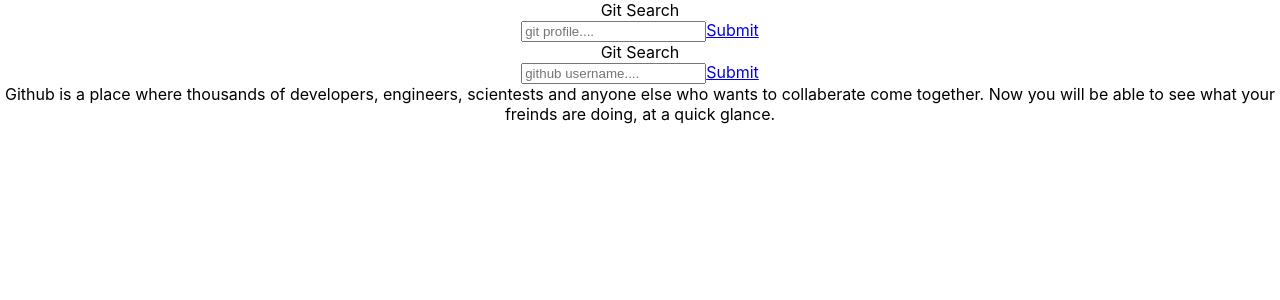
Repository: carlsopa/gitsearch
Page: / (app in gitsearch/)
The author's editor kept a copy of each file at every save. The page is drawn from the files as they stood at one save, then again after the next save.
The browser window is 1280 px wide. The pictures show the whole page.
The project was rebuilt for these pictures with package versions that can differ from the ones it lists, and the page was loaded fresh each time. Also part of the build but not shown: gitsearch/src/components/profile.js, gitsearch/src/components/repos.js.

Above is the page before, as saved 2020-06-22 21:16:17.

After the next save:
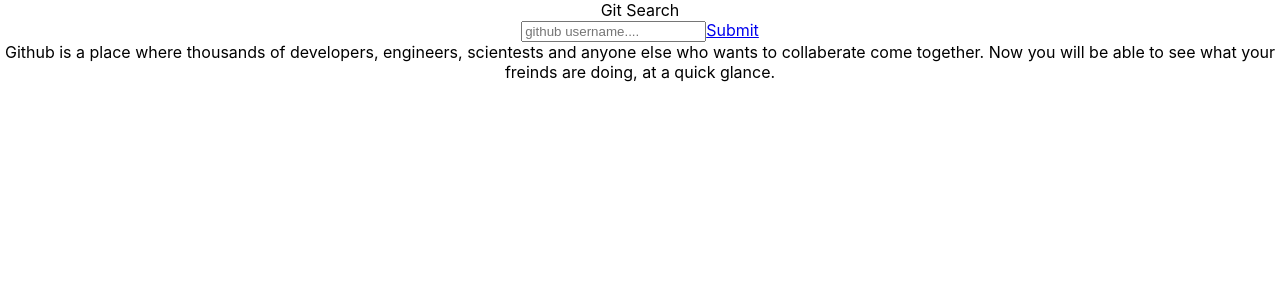
Saved 2 min 9 s later.
--- a/gitsearch/src/App.js
+++ b/gitsearch/src/App.js
@@ -29,9 +29,9 @@
   return (
     <div className="App">
       <header>
-        <div id="header">Git Search</div>
+        {results.length!=0?<div><div id="header">Git Search</div>
         <input type="text" id="gitSearch" placeholder="git profile...." onChange={(e)=>setSearchTerm(e.target.value)}/>
-        <a href="#" onClick={(e)=>FetchUser()}>Submit</a>
+        <a href="#" onClick={(e)=>FetchUser()}>Submit</a></div>:null}
       </header>
       {console.log(results)}
       {results.length===0?<Holder/>:
